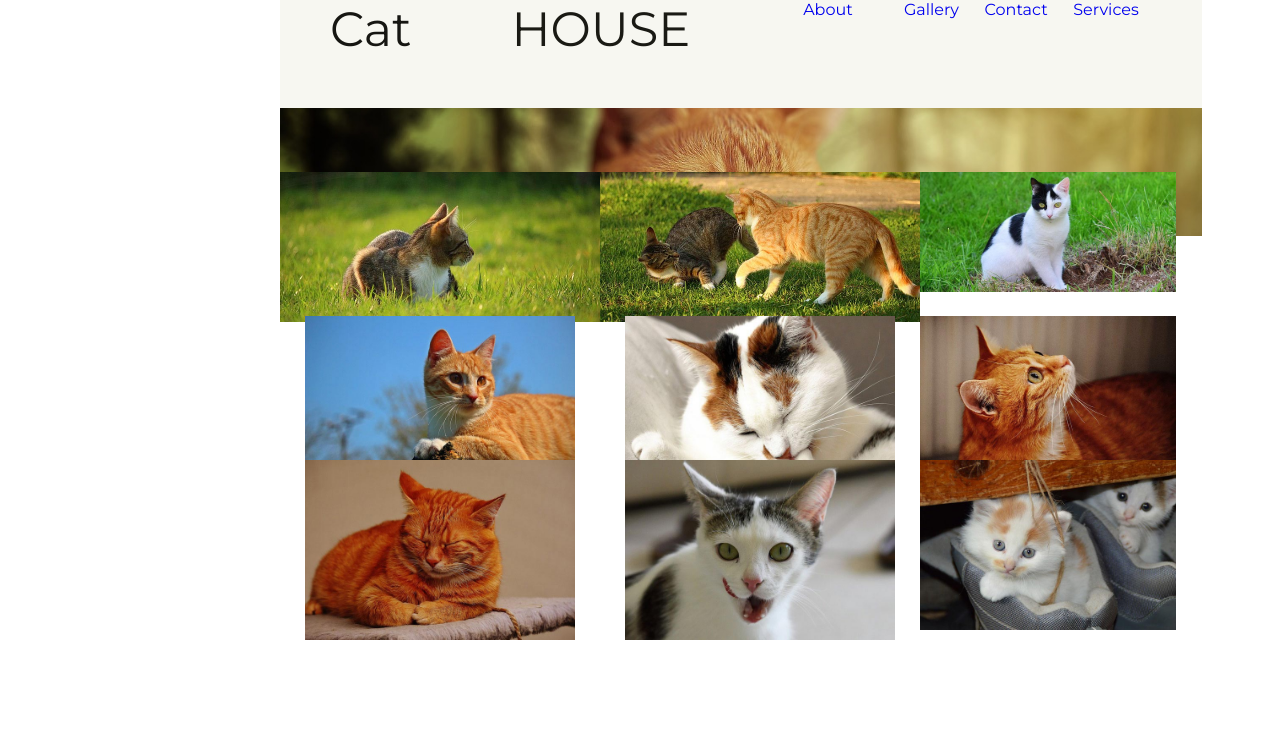
Repository: raul4264/final
Page: Gallery.html
These files come from the project's save history. The page is drawn as it stood at one moment and after the next save; the edit follows.
The browser window is 1280 px wide. The pictures show the whole page.

Above is the page before, as saved 2021-03-22 13:59:12.

After the next save:
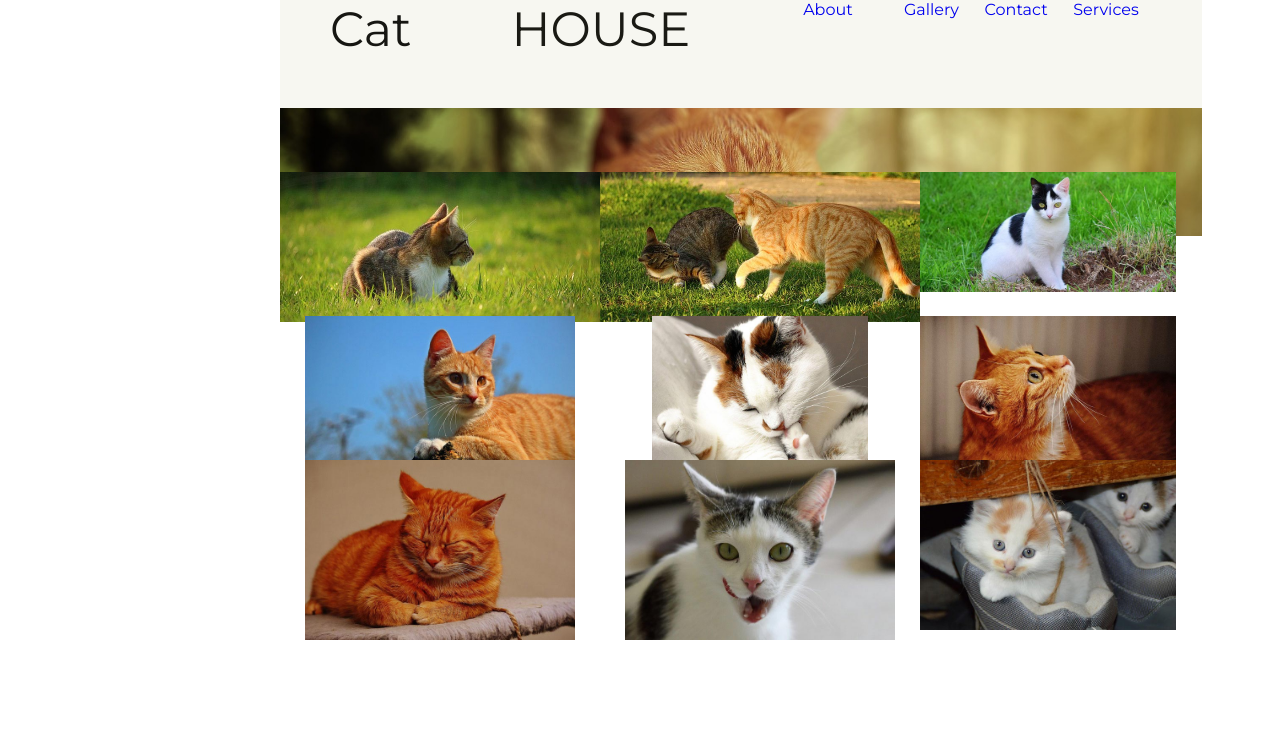
Saved 17 s later.
--- a/css/gallery.css
+++ b/css/gallery.css
@@ -138,7 +138,7 @@
     grid-column-end: 3;
     grid-row-start: 2;
     grid-row-end: 3;
-    max-height: 25vh;
+
 }
 .seis{
     grid-column-start: 3;

After the 2 saves that followed:
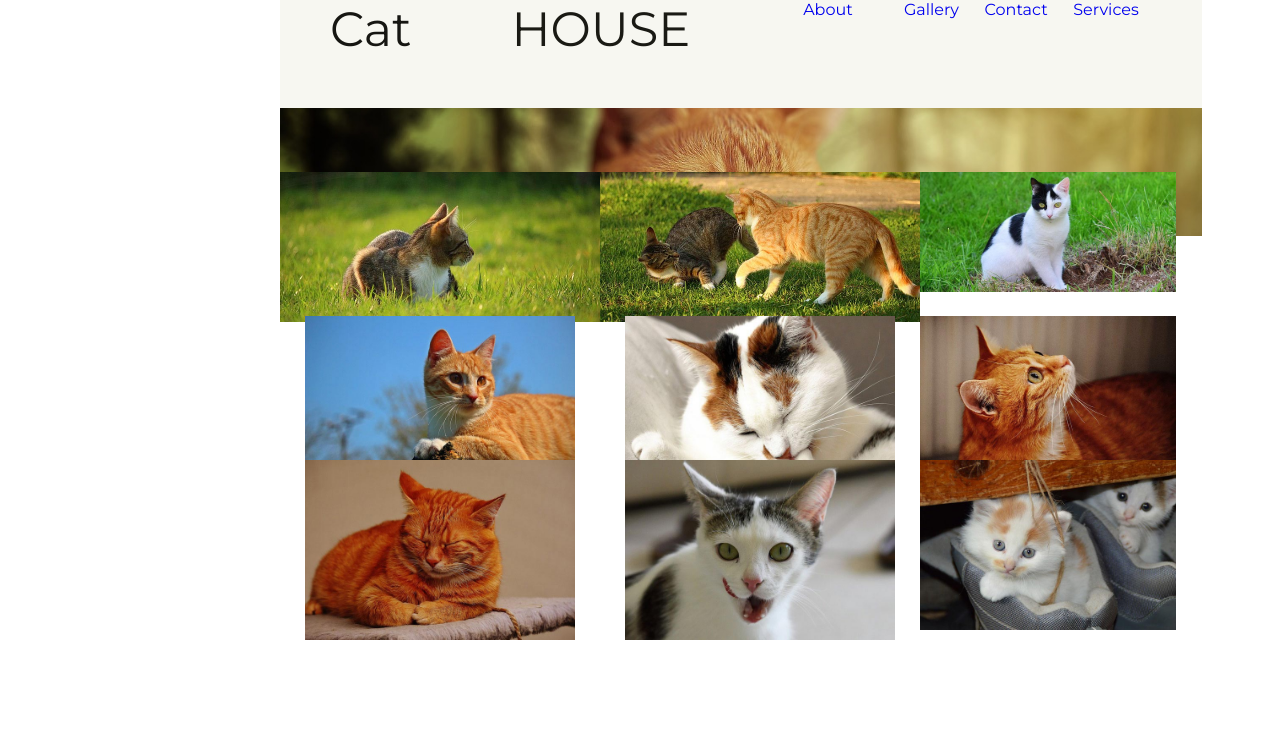
The 2 saves are shown as one change because 1 left the picture as it was.
The last was saved 49 s later.
--- a/css/gallery.css
+++ b/css/gallery.css
@@ -124,7 +124,7 @@
     grid-column-end: 4;
     grid-row-start:1;
     grid-row-end: 2;
-    max-height: 25vh;
+
 }
 .cuatro{
     grid-column-start: 1;
@@ -138,7 +138,7 @@
     grid-column-end: 3;
     grid-row-start: 2;
     grid-row-end: 3;
-
+    max-height: 25vh;
 }
 .seis{
     grid-column-start: 3;
